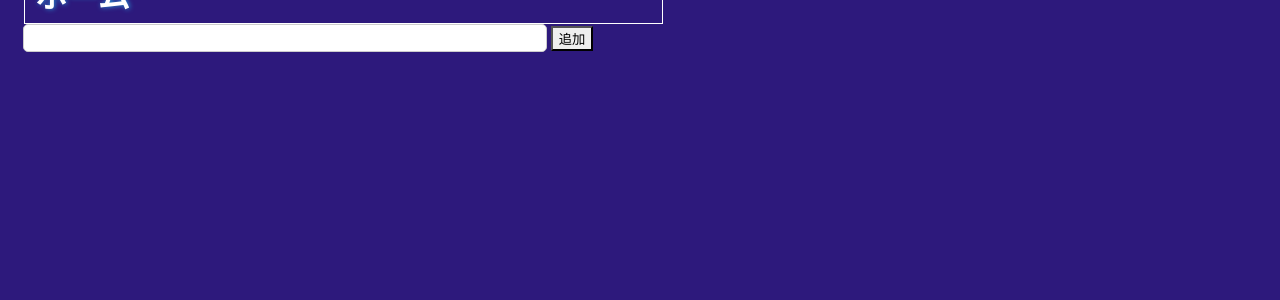
Repository: azuma2/tui2b
Page: http://localhost/
An editor plug-in stored every save of this project. The page is shown before and after the next save, followed by the edit.
The browser window is 1280 px wide. The pictures show the whole page.
The page is served by the project's Laravel application, run on PHP 8.4 with Laravel 8. Other server files are loaded and not shown. Queries for data that is not in the repository find no rows.

Above is the page before, as saved 2022-03-28 18:13:53.

### routes/web.php
<?php

use Illuminate\Support\Facades\Route;
use App\Http\Controllers\Tui2Controller;

Route::get('/', [Tui2Controller::class, 'index']);
Route::post('/tui2/create', [Tui2Controller::class, 'create']);
Route::post('/tui2/update', [Tui2Controller::class, 'update']);
Route::post('/tui2/delete', [Tui2Controller::class, 'remove']);
Route::post('/', [Tui2Controller::class, 'post']);




Route::get('/reply/like', [RepliesController::class, 'like']);
Route::get('/reply/unlike', [RepliesController::class, 'unlike']);

### app/Http/Controllers/Tui2Controller.php
<?php

namespace App\Http\Controllers;

use App\Models\Tui2;
use Illuminate\Http\Request;
use Illuminate\Support\Facades\DB;

class Tui2Controller extends Controller
{
    public function index()
    {
        $items = Tui2::all();
        $items = DB::select('select * from tui2s');

        return view('index', ['items' => $items]);
    }

    public function create(Request $request)
    {
        $param = [
            'name' => $request->name,
            'content' => $request->content,


                ];
        $this->validate($request, Tui2::$rules);

        DB::insert('insert into tui2s (name,content) values (:name,:content)', $param);
        return redirect('/');
    }

    public function update(Request $request)
    {
         $param = [
            'id' => $request->id,
            'name' => $request->name,
            'content' => $request->content,

        ];
        $this->validate($request, Tui2::$rules);
        DB::update('update tui2s set name =:name, content =:content where id =:id', $param);
        return redirect('/');
    }

    public function remove(Request $request)
    {
        $param = ['id' => $request->id];
        DB::delete('delete from tui2s where id =:id', $param);
        return redirect('/');
    }


}

### app/Models/Tui2.php
<?php

namespace App\Models;

use App\Models\Tui2;
use Illuminate\Database\Eloquent\Factories\HasFactory;
use Illuminate\Database\Eloquent\Model;

class Tui2 extends Model

{
        use HasFactory;

    protected $fillable = ['content'];

    public static $rules = array(
        'content' => 'required|max:20',
    );






}

### resources/views/index.blade.php
<!DOCTYPE html>
<html lang="ja">
<head>
    <meta charset="UTF-8">
    <meta http-equiv="X-UA-Compatible" content="IE=edge">
    <meta name="viewport" content="width=device-width, initial-scale=1.0">
    <link rel="stylesheet" href="{{ asset('\resources\views\layouts\reset.css') }}" >
    <title>@yield('title')</title>
    <style>
    body {
      font-size:16px;
      margin: 5px;
      background-color: #2d197c;
    }


        td {
      padding: 5px 10px;
      text-align: center;


    }





    table{

    }

    .kakomi{
      border: solid;
    }

    .icon{
        height: 25px;
      width: 25px;
}

    .narabe{
      display:flex;
        flex-flow: column;
    }

    .button {
    background-image:url(img/heart.png);

    cursor: pointer;
    transition: 0.4s;
    outline: none;
}
.input-add {
    width: 80%;
    padding: 5px;
    border-radius: 5px;
    border: 1px solid #ccc;
    appearance: none;
    font-size: 14px;
    outline: none;
}
.input-update {
    width: 90%;
    padding: 5px;
    border-radius: 5px;
    border: 1px solid #ccc;
    appearance: none;
    font-size: 14px;
    outline: none;
}
    .card {
    width: 50vw;
    padding: 10px;
    position: absolute;
    top: -40px;
    left: 1%;

    border-radius: 10px;
}
    h1 {
      font-size:32px;
      color:white;
      text-shadow:1px 0 5px #289ADC;
      margin-left: 1px
    }

    .title{
          border: solid;border-color: #fff;
          border-width: 1px;
          padding: 10px;
    }
    .content {
      margin:10px;
    }

    .bgazou{
      background-image: url(img/detail.png);
    }

    p{

color: #fff;

    }

    .comment{
      text-align: left;
    }
    .name{
font-size:28px;
     display: inline;
    }



    </style>
  </head>
  <body>
  <div class="container">
    <div class="card">
      <h1 class="title">ホーム</h1>
            <div class="tui2">
              @if ($errors->has('content'))
                  <tr>
                    <th>ERROR</th>
                  <td>
                  {{$errors->first('content')}}
                </td>
            </tr>
          @endif


        <form action="/tui2/create" method="post">
            @csrf
          <input type="text" class="input-add" name="content" />
          <input class="button" type="submit" value="追加" />
        </form>




          @csrf
          <div class="narabe">
        <table>
            @csrf


                    <tr>
            @foreach ($items as $item)
            <td>

<a href="#comment.php" class="blink">


            </td>

            <form action="/tui2/update" method="post">
              @csrf

              <td>
                <p class="name"></p>
                <img class="icon" src="img/heart.png">
              </td>
                          <td>
              <form action="/tui2/delete" method="post" >
                    @csrf
                <input  type="hidden" name="id" value="{{$item->id}}" >
                <input class="button" type="submit" value="" >
              </form>
            </td>
              <td>
                <p class="comment">{{$item->content}}</p>
              </td>
            </form>





              <form action="/tui2/delete" method="post" >
                    @csrf
                <input  type="hidden" name="id" value="{{$item->id}}" >
                <input class="button" type="submit" value="削除" >
              </form>


          </tr>
          @endforeach

                  </table>
</div>
      </div>
    </div>
  </div>
  </div>

</body>
</html>

### resources/views/layouts/reset.css
/*
html5doctor.com Reset Stylesheet
v1.6.1
Last Updated: 2010-09-17
Todo: Richard Clark - http://richclarkdesign.com
Twitter: @rich_clark
*/

html, body, div, span, object, iframe,
h1, h2, h3, h4, h5, h6, p, blockquote, pre,
abbr, address, cite, code,
del, dfn, em, img, ins, kbd, q, samp,
small, strong, sub, sup, var,
b, i,
dl, dt, dd, ol, ul, li,
fieldset, form, label, legend,
table, caption, tbody, tfoot, thead, tr, th, td,
article, aside, canvas, details, figcaption, figure,
footer, header, hgroup, menu, nav, section, summary,
time, mark, audio, video {
    margin:0;
    padding:0;
    border:0;
    outline:0;
    font-size:100%;
    vertical-align:baseline;
    background:transparent;
}

body {
    line-height:1;
}

article,aside,details,figcaption,figure,
footer,header,hgroup,menu,nav,section {
    display:block;
}

nav ul {
    list-style:none;
}

blockquote, q {
    quotes:none;
}

blockquote:before, blockquote:after,
q:before, q:after {
    content:'';
    content:none;
}

a {
    margin:0;
    padding:0;
    font-size:100%;
    vertical-align:baseline;
    background:transparent;
}

/* change colours to suit your needs */
ins {
    background-color:#ff9;
    color:#000;
    text-decoration:none;
}

/* change colours to suit your needs */
mark {
    background-color:#ff9;
    color:#000;
    font-style:italic;
    font-weight:bold;
}

del {
    text-decoration: line-through;
}

abbr[title], dfn[title] {
    border-bottom:1px dotted;
    cursor:help;
}

table {
    border-collapse:collapse;
    border-spacing:0;
}

/* change border colour to suit your needs */
hr {
    display:block;
    height:1px;
    border:0;
    border-top:1px solid #cccccc;
    margin:1em 0;
    padding:0;
}

input, select {
    vertical-align:middle;
}

Loaded but not shown: app/Http/Controllers/Controller.php (common file)

After the next save:
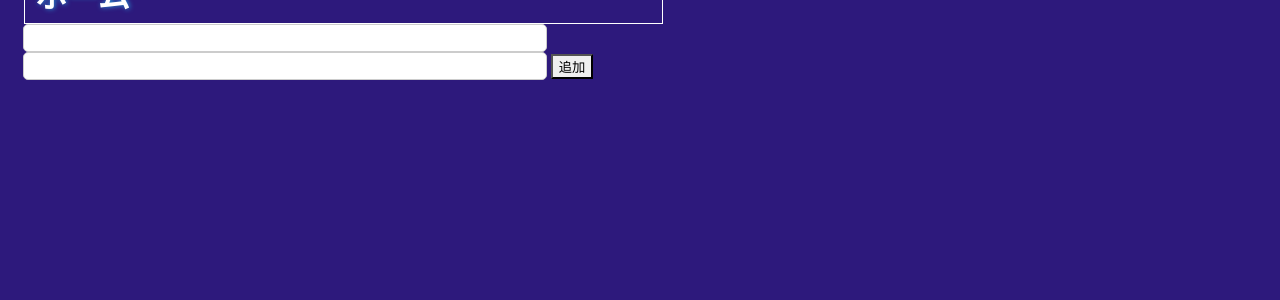
Saved 19 s later.
--- a/resources/views/index.blade.php
+++ b/resources/views/index.blade.php
@@ -132,6 +132,7 @@
 
         <form action="/tui2/create" method="post">
             @csrf
+             <input type="text" class="input-add" name="content" />
           <input type="text" class="input-add" name="content" />
           <input class="button" type="submit" value="追加" />
         </form>

After the 2 saves that followed:
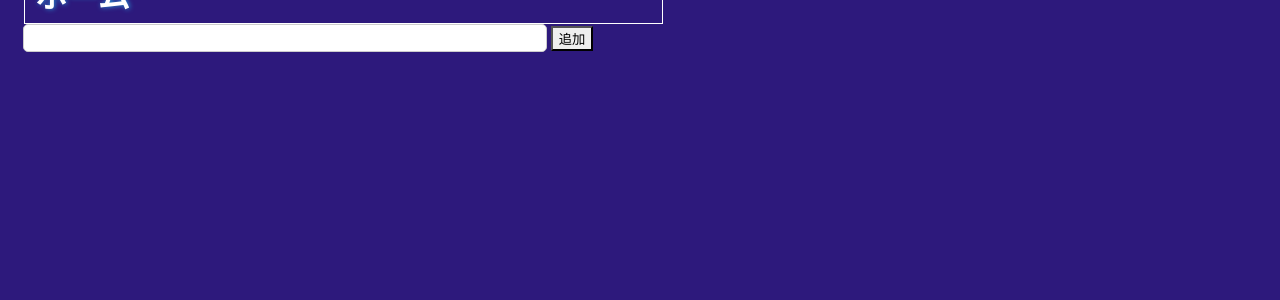
The 2 saves are shown as one change because 1 left the picture as it was.
The last was saved 2 min 42 s later.
--- a/resources/views/index.blade.php
+++ b/resources/views/index.blade.php
@@ -132,7 +132,7 @@
 
         <form action="/tui2/create" method="post">
             @csrf
-             <input type="text" class="input-add" name="content" />
+
           <input type="text" class="input-add" name="content" />
           <input class="button" type="submit" value="追加" />
         </form>
